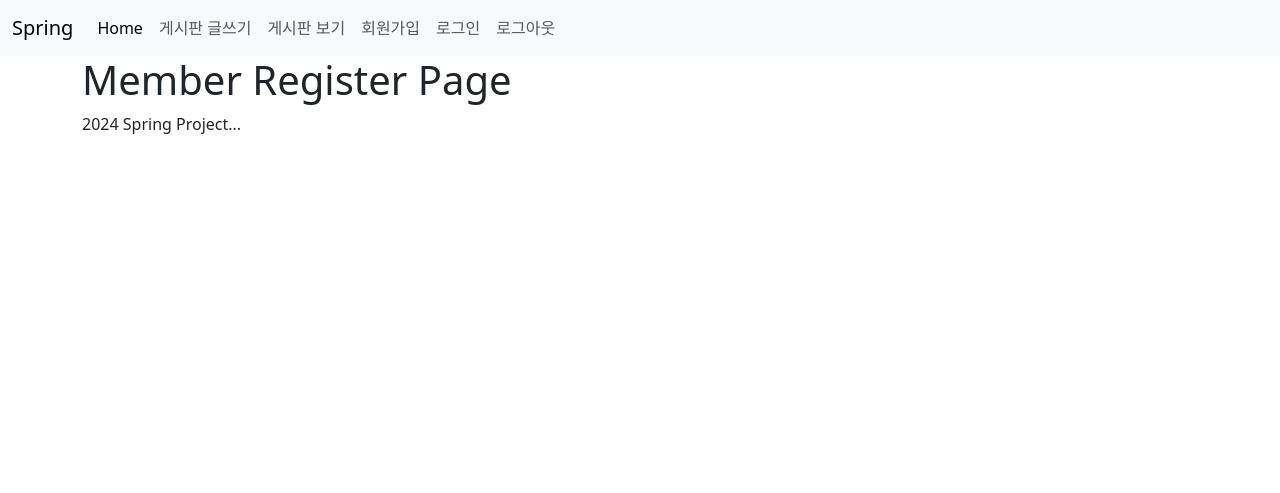
Repository: wanted2001/jsp_project
Page: http://localhost/spring_study/WEB-INF/views/member/register.jsp
An editor plug-in stored every save of this project. The page is shown before and after the next save, followed by the edit.
The browser window is 1280 px wide. The pictures show the whole page.
The page is served by Tomcat 9. Nobody is signed in. Other server files are loaded and not shown. The template is opened directly, without the code that normally fills it, so the values that code supplies are empty.

Above is the page before, as saved 2024-04-25 05:49:43.

### spring_study/src/main/webapp/WEB-INF/views/member/register.jsp
<%@ page language="java" contentType="text/html; charset=UTF-8"
    pageEncoding="UTF-8"%>
<jsp:include page="../layout/header.jsp" />
<div class="container-md">
		<h1>Member Register Page</h1>
		</div>
<jsp:include page="../layout/footer.jsp" />

### spring_study/src/main/webapp/WEB-INF/views/layout/header.jsp
<%@ page language="java" contentType="text/html; charset=UTF-8"
    pageEncoding="UTF-8"%>
<!DOCTYPE html>
<html>
<head>
<meta charset="UTF-8">
<title>header.jsp</title>
<link href="https://cdn.jsdelivr.net/npm/bootstrap@5.3.3/dist/css/bootstrap.min.css" rel="stylesheet" integrity="sha384-QWTKZyjpPEjISv5WaRU9OFeRpok6YctnYmDr5pNlyT2bRjXh0JMhjY6hW+ALEwIH" crossorigin="anonymous">
<script src="https://cdn.jsdelivr.net/npm/bootstrap@5.3.3/dist/js/bootstrap.bundle.min.js" integrity="sha384-YvpcrYf0tY3lHB60NNkmXc5s9fDVZLESaAA55NDzOxhy9GkcIdslK1eN7N6jIeHz" crossorigin="anonymous"></script>
</head>
<body>
<nav class="navbar navbar-expand-lg bg-body-tertiary">
  <div class="container-fluid">
    <a class="navbar-brand" href="#">Spring</a>
    <button class="navbar-toggler" type="button" data-bs-toggle="collapse" data-bs-target="#navbarSupportedContent" aria-controls="navbarSupportedContent" aria-expanded="false" aria-label="Toggle navigation">
      <span class="navbar-toggler-icon"></span>
    </button>
    <div class="collapse navbar-collapse" id="navbarSupportedContent">
      <ul class="navbar-nav me-auto mb-2 mb-lg-0">
        <li class="nav-item">
          <a class="nav-link active" aria-current="page" href="/">Home</a>
        </li>
        <li class="nav-item">
          <a class="nav-link" href="/board/register">게시판 글쓰기</a>
        </li>
        <li class="nav-item">
          <a class="nav-link" href="/board/list">게시판 보기</a>
        </li>
        <li class="nav-item">
          <a class="nav-link" href="#">회원가입</a>
        </li>
        <li class="nav-item">
          <a class="nav-link" href="#">로그인</a>
        </li>
        <li class="nav-item">
          <a class="nav-link" href="#">로그아웃</a>
        </li>
  	  </ul>
    </div>
  </div>
</nav>

### spring_study/src/main/webapp/WEB-INF/views/layout/footer.jsp
<%@ page language="java" contentType="text/html; charset=UTF-8"
    pageEncoding="UTF-8"%>
<div class="container-md">
	2024 Spring Project...
</div>

</body>
</html>

After the next save:
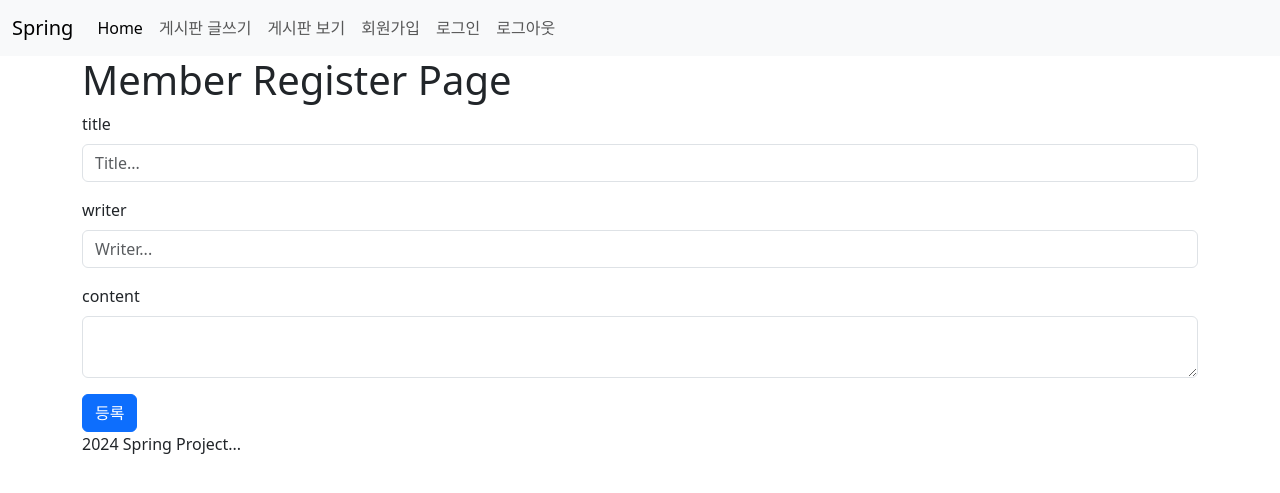
Saved 28 s later.
--- a/spring_study/src/main/webapp/WEB-INF/views/member/register.jsp
+++ b/spring_study/src/main/webapp/WEB-INF/views/member/register.jsp
@@ -3,5 +3,20 @@
 <jsp:include page="../layout/header.jsp" />
 <div class="container-md">
 		<h1>Member Register Page</h1>
+		<form action="" method="post">
+		<div class="mb-3">
+	  		<label for="t" class="form-label">title</label>
+	  		<input type="text" class="form-control" name="title" id="t" placeholder="Title...">
+		</div>
+		<div class="mb-3">
+	  		<label for="w" class="form-label">writer</label>
+	  		<input type="text" class="form-control" name="writer" id="w" placeholder="Writer...">
+		</div>
+		<div class="mb-3">
+  			<label for="c" class="form-label">content</label>
+  			<textarea class="form-control" id="c" name="content" aria-label="With textarea"></textarea>
+		</div>
+		<button type="submit" class="btn btn-primary">등록</button>
+	</form>
 		</div>
 <jsp:include page="../layout/footer.jsp" />
